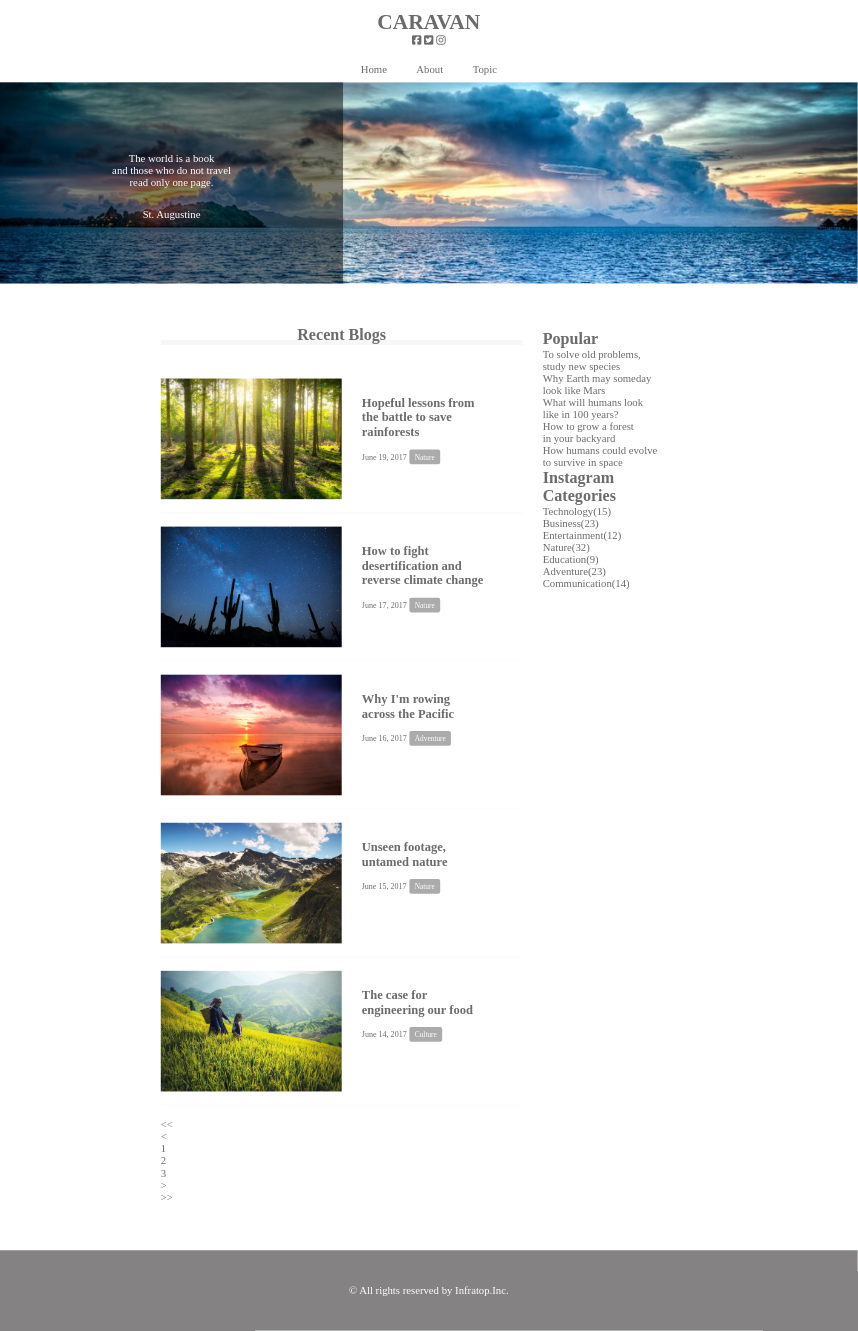
Repository: sawaweb/caravan
Page: caravan/index.html
The author's editor kept a record of every edit. The page is drawn from the files as they stood at one moment, then again after the next edit.
The browser window is 1280 px wide. The pictures show the whole page, at 67% of full size.
Some web libraries are served in a nearby version.

Above is the page before.

### caravan/index.html
<!DOCTYPE html>
<html lang="ja">
  <head>
    <meta charset="UTF-8" />
    <script src="https://kit.fontawesome.com/ecebc1051c.js" crossorigin="anonymous"></script>
    <link rel="stylesheet" href="style.css" />
    <title>CARAVAN</title>
  </head>

  <body>
    <header>
      <h1 class="heading">
        <a href="index.html">
          CARAVAN
        </a>
      </h1>
      <div class="social">
        <i class="fab fa-facebook-square"></i>
        <i class="fab fa-twitter-square"></i>
        <i class="fab fa-instagram"></i>
      </div>
    </header>

    <nav>
      <ul class="nav-list">
        <li class="nav-list-item">
          <a href="index.html">Home</a>
        </li>
        <li class="nav-list-item">About</li>
        <li class="nav-list-item">Topic</li>
      </ul>
    </nav>

    <div class="main-visual">
      <div class="main-visual-content">
        <p class="main-visual-text">
          The world is a book<br />
          and those who do not travel<br />
          read only one page.
        </p>
        <p class="main-visual-name">
          St. Augustine
        </p>
      </div>
    </div>

    <main>
      <section class="blog">
        <h2 class="blog-heading">Recent Blogs</h2>
        <div class="blog-box">
          <div class="blog-item">
            <img class="blog-image" src="img/forest.jpg" />
            <section class="blog-text">
              <h3 class="blog-text-heading">
                <a href="single.html">
                  Hopeful lessons from<br />
                  the battle to save<br />
                  rainforests
                </a>
              </h3>
              <p class="blog-date">June 19, 2017</p>
              <span class="category">Nature</span>
            </section>
          </div>
          <div class="blog-item">
            <img class="blog-image" src="img/desert.jpg" />
            <section class="blog-text">
              <h3 class="blog-text-heading">
                <a href="single.html">
                  How to fight<br />
                  desertification and<br />
                  reverse climate change
                </a>
              </h3>
              <p class="blog-date">June 17, 2017</p>
              <span class="category">Nature</span>
            </section>
          </div>
          <div class="blog-item">
            <img class="blog-image" src="img/sunset.jpg" />
            <section class="blog-text">
              <h3 class="blog-text-heading">
                <a href="single.html">
                  Why I'm rowing<br />
                  across the Pacific
                </a>
              </h3>
              <p class="blog-date">June 16, 2017</p>
              <span class="category">Adventure</span>
            </section>
          </div>
          <div class="blog-item">
            <img class="blog-image" src="img/italy.jpg" />
            <section class="blog-text">
              <h3 class="blog-text-heading">
                <a href="single.html">
                  Unseen footage,<br />
                  untamed nature
                </a>
              </h3>
              <p class="blog-date">June 15, 2017</p>
              <span class="category">Nature</span>
            </section>
          </div>
          <div class="blog-item">
            <img class="blog-image" src="img/asia.jpg" />
            <section class="blog-text">
              <h3 class="blog-text-heading">
                <a href="single.html">
                  The case for<br />
                  engineering our food
                </a>
              </h3>
              <p class="blog-date">June 14, 2017</p>
              <span class="category">Culture</span>
            </section>
          </div>
        </div>
        <div class="pagination">
          <p><<</p>
          <p><</p>
          <p>1</p>
          <p>2</p>
          <p>3</p>
          <p>></p>
          <p>>></p>
        </div>
      </section>
      <div class="sidebar">
        <section class="popular">
          <h2 class="sidebar-heading common-heading">Popular</h2>
          <div class="sidebar-contents">
            <p class="popular-text">
              To solve old problems,<br />study new species
            </p>
            <p class="popular-text">
              Why Earth may someday<br />look like Mars
            </p>
            <p class="popular-text">
              What will humans look<br />like in 100 years?
            </p>
            <p class="popular-text">
              How to grow a forest<br />in your backyard
            </p>
            <p class="popular-text">
              How humans could evolve<br />to survive in space
            </p>
          </div>
        </section>
        <section class="instagram">
          <h2 class="instagram-heading common-heading">Instagram</h2>
          <div class="sidebar-contents">
            <div class="instagram-box"></div>
            <div class="instagram-box"></div>
            <div class="instagram-box"></div>
            <div class="instagram-box"></div>
            <div class="instagram-box"></div>
            <div class="instagram-box"></div>
          </div>
        </section>
        <section class="categories">
          <h2 class="categories-heading common-heading">Categories</h2>
          <div class="sidebar-contents">
            <p class="categories-text">Technology(15)</p>
            <p class="categories-text">Business(23)</p>
            <p class="categories-text">Entertainment(12)</p>
            <p class="categories-text">Nature(32)</p>
            <p class="categories-text">Education(9)</p>
            <p class="categories-text">Adventure(23)</p>
            <p class="categories-text">Communication(14)</p>
          </div>
        </section>
      </div>
    </main>

    <footer>
      <p class="footer-text">© All rights reserved by Infratop.Inc.</p>
    </footer>
  </body>
</html>

### caravan/style.css
* {
  margin: 0;
  padding: 0;
  box-sizing: border-box;
  color: #6c6b6b;
}

a {
  text-decoration: none;
}

header {
  width: 90%;
  padding: 15px 0;
  margin: 0 auto;
  text-align: center;
}

header .heading {
  font-size: 32px;
}

.nav-list {
  text-align: center;
  padding: 10px 0;
  margin: 0 auto;
}

.nav-list-item {
  list-style: none;
  display: inline-block;
  margin: 0 20px;
}

.main-visual {
  width: 100%;
  height: 300px;
  background-image: url(img/mv.jpg);
  background-size: cover;
  background-position: center;
}

.main-visual-content {
  width: 40%;
  height: 300px;
  background-color: rgba(0, 0, 0, 0.5);
  text-align: center;
  padding-top: 105px;
}

.main-visual-text {
  color: #fff;
}

.main-visual-name {
  margin-top: 30px;
  color: #fff;
}

main {
  width: 800px;
  display: flex;
  justify-content: center;
  margin: 0 auto;
  padding: 70px 0;
}

.blog {
  width: 540px;
  margin-right: 30px; /* 領域の右側余白 */
}

.blog-heading {
  border-bottom: 8px solid #f7f7f7;
  text-align: center;
  line-height: 0.6;
}

.blog-box {
  padding-top: 50px;
}

.blog-item {
  padding-bottom: 20px;
  margin-bottom: 20px;
  border-bottom: 1px solid #f7f7f7;
  display: flex;
  justify-content: flex-start;
}

.blog-image {
  height: 180px;
}

.blog-text {
  padding: 25px 0 0 30px;
}

.blog-text-heading {
  padding-bottom: 15px;
}

.blog-date {
  font-size: 12px;
  display: inline-block;
}

.category {
  display: inline-block;
  padding: 5px 8px;
  background-color: #acabab;
  border-radius: 3px;
  color: #fff;
  font-size: 11px;
}

.sidebar {
  width: 230px;
}

footer {
  width: 100%;
  height: 120px;
  text-align: center;
  line-height: 120px;
  background-color: #848282;
}

.footer-text {
  color: #fff;
}

After the next edit:
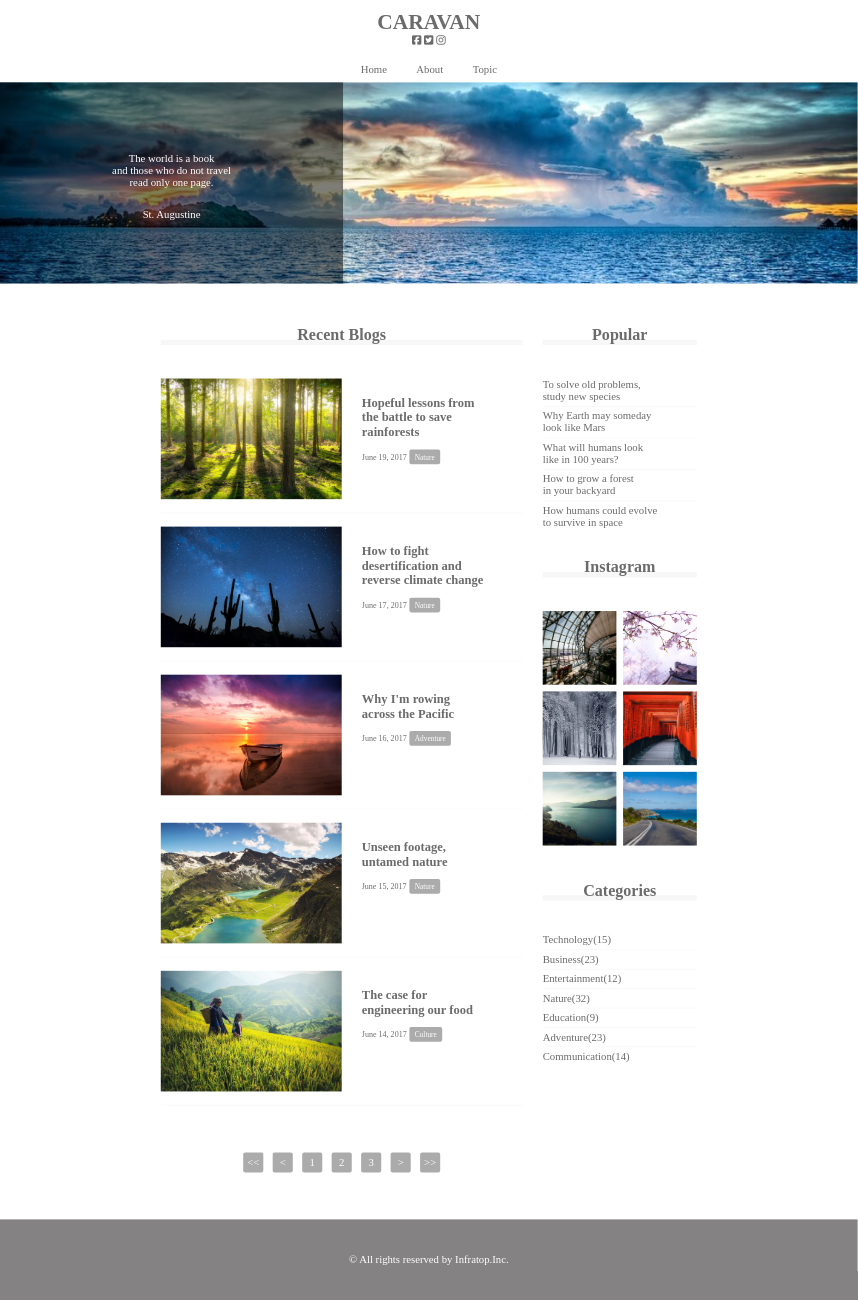
The edit:
--- a/caravan/style.css
+++ b/caravan/style.css
@@ -17,6 +17,7 @@
 }
 
 header .heading {
+  /* headerタグ内のheadingクラスにのみ反映される */
   font-size: 32px;
 }
 
@@ -33,36 +34,36 @@
 }
 
 .main-visual {
-  width: 100%;
-  height: 300px;
+  width: 100%; /* 横幅いっぱい */
+  height: 300px; /* 高さ300px */
   background-image: url(img/mv.jpg);
-  background-size: cover;
-  background-position: center;
+  background-size: cover; /* 縦横比を維持したまま背景領域を埋め尽くす */
+  background-position: center; /* 背景画像を中央に配置 */
 }
 
 .main-visual-content {
-  width: 40%;
-  height: 300px;
-  background-color: rgba(0, 0, 0, 0.5);
-  text-align: center;
-  padding-top: 105px;
+  width: 40%; /* 横幅40% */
+  height: 300px; /* 親の高さに揃える */
+  background-color: rgba(0, 0, 0, 0.5); /* 背景色を半透明の黒にする */
+  text-align: center; /* 文字を中央揃えにする */
+  padding-top: 105px; /* 上側の内側余白で垂直方向の位置を調整 */
 }
 
 .main-visual-text {
-  color: #fff;
+  color: #fff; /* 文字色を白に変更 */
 }
 
 .main-visual-name {
-  margin-top: 30px;
-  color: #fff;
+  margin-top: 30px; /* 上側の外側の余白 */
+  color: #fff; /* 文字色を白に変更 */
 }
 
 main {
-  width: 800px;
-  display: flex;
-  justify-content: center;
-  margin: 0 auto;
-  padding: 70px 0;
+  width: 800px; /* 横幅800px */
+  display: flex; /* Flexboxの利用 */
+  justify-content: center; /* 要素の横並び・中央寄せ */
+  margin: 0 auto; /* 要素の中央揃え */
+  padding: 70px 0; /* 上下に70px、左右に0pxの内側余白 */
 }
 
 .blog {
@@ -114,8 +115,89 @@
   font-size: 11px;
 }
 
+.pagination {
+  text-align: center;
+  padding-top: 50px;
+}
+
+.pagination p {
+  display: inline-block;
+  width: 30px;
+  height: 30px;
+  margin: 0 5px;
+  color: #fff;
+  background-color: #acabab;
+  border-radius: 3px;
+  line-height: 30px;
+}
+
 .sidebar {
   width: 230px;
+}
+
+.common-heading {
+  border-bottom: 8px solid #f7f7f7;
+  text-align: center;
+  line-height: 0.6;
+}
+
+.sidebar-contents {
+  padding: 50px 0;
+}
+
+.popular-text,
+.categories-text {
+  padding-bottom: 5px;
+  border-bottom: 1px solid #f7f7f7;
+  margin-bottom: 5px;
+}
+
+.popular-text:last-child,
+.categories-text:last-child {
+  margin: 0;
+  padding: 0;
+  border: none;
+}
+
+.instagram .sidebar-contents {
+  display: flex;
+  flex-wrap: wrap;
+}
+
+.instagram-box {
+  width: 110px;
+  padding-top: 110px;
+  background-size: cover;
+  background-position: center;
+  margin-bottom: 10px;
+}
+
+.instagram-box:nth-child(odd) {
+  margin: 0 10px 10px 0;
+}
+
+.instagram-box:nth-child(1) {
+  background-image: url(img/airport.jpg);
+}
+
+.instagram-box:nth-child(2) {
+  background-image: url(img/japan.jpg);
+}
+
+.instagram-box:nth-child(3) {
+  background-image: url(img/snow.jpg);
+}
+
+.instagram-box:nth-child(4) {
+  background-image: url(img/japan2.jpg);
+}
+
+.instagram-box:nth-child(5) {
+  background-image: url(img/lake.jpg);
+}
+
+.instagram-box:nth-child(6) {
+  background-image: url(img/road.jpg);
 }
 
 footer {
